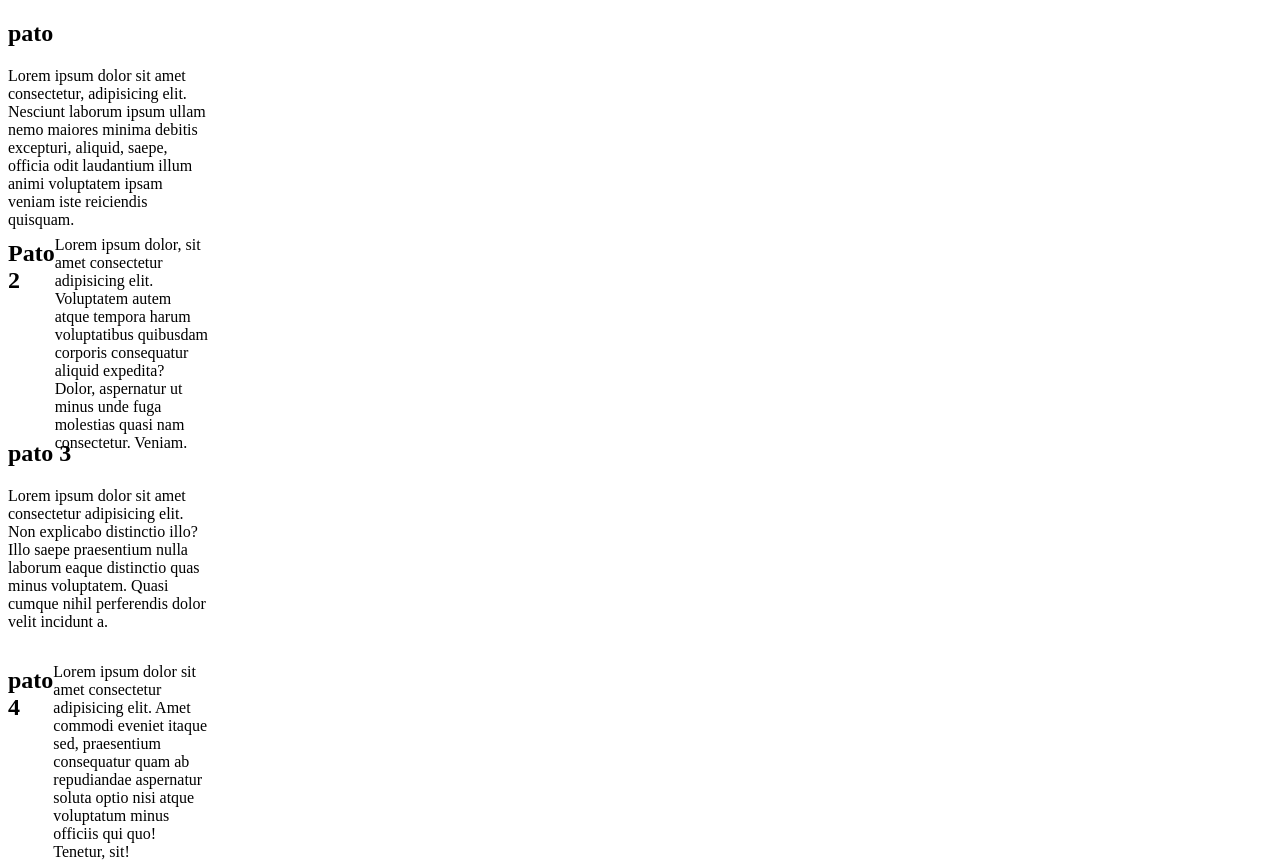
Repository: viviij/Fun-es-Simples-JavaScript
Page: index.html
An editor plug-in stored every save of this project. The page is shown before and after the next save, followed by the edit.
The browser window is 1280 px wide. The pictures show the whole page.

Above is the page before, as saved 2022-08-25 20:37:28.

After the next save:
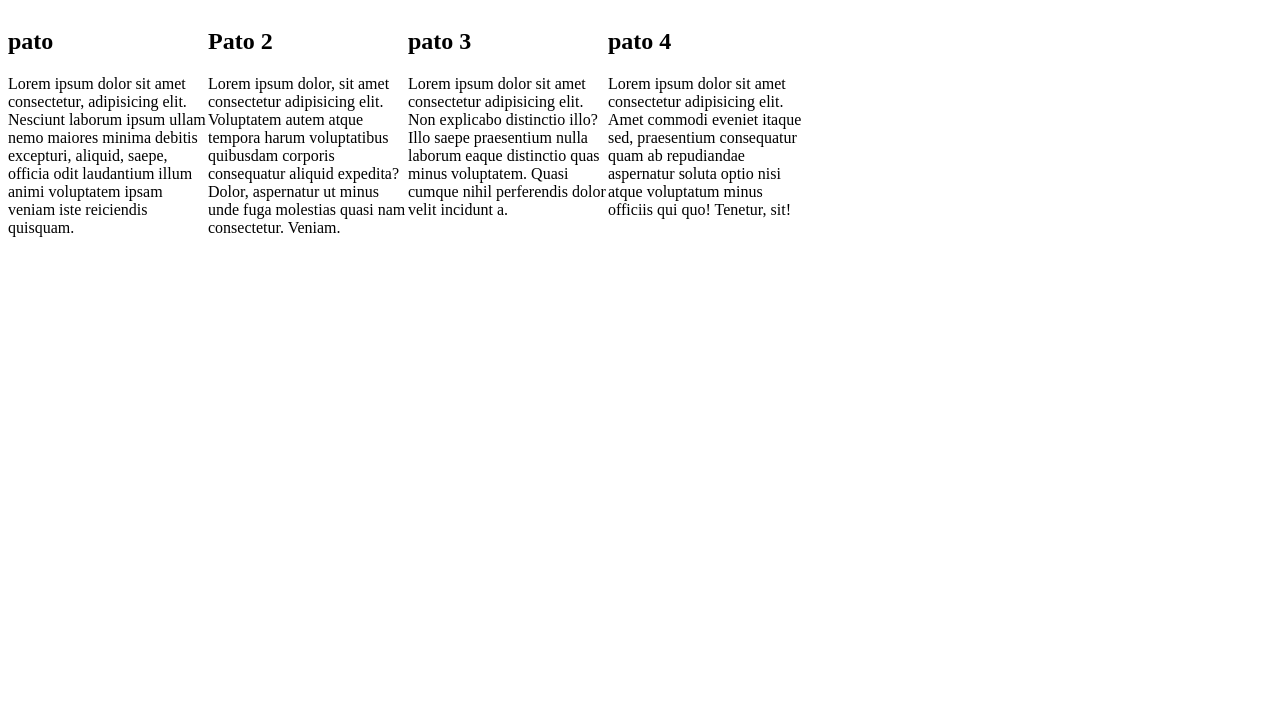
Saved 87 s later.
--- a/styles.css
+++ b/styles.css
@@ -2,6 +2,7 @@
   margin: 0;
   padding: 0;
   box-sizing: border-box;
+  display: flex;
 }
 
 .container section {
@@ -10,6 +11,4 @@
 }
 
 .container .questao_2,
-.questao_4 {
-  display: flex;
-}
+.questao_4 {}

After the 4 saves that followed:
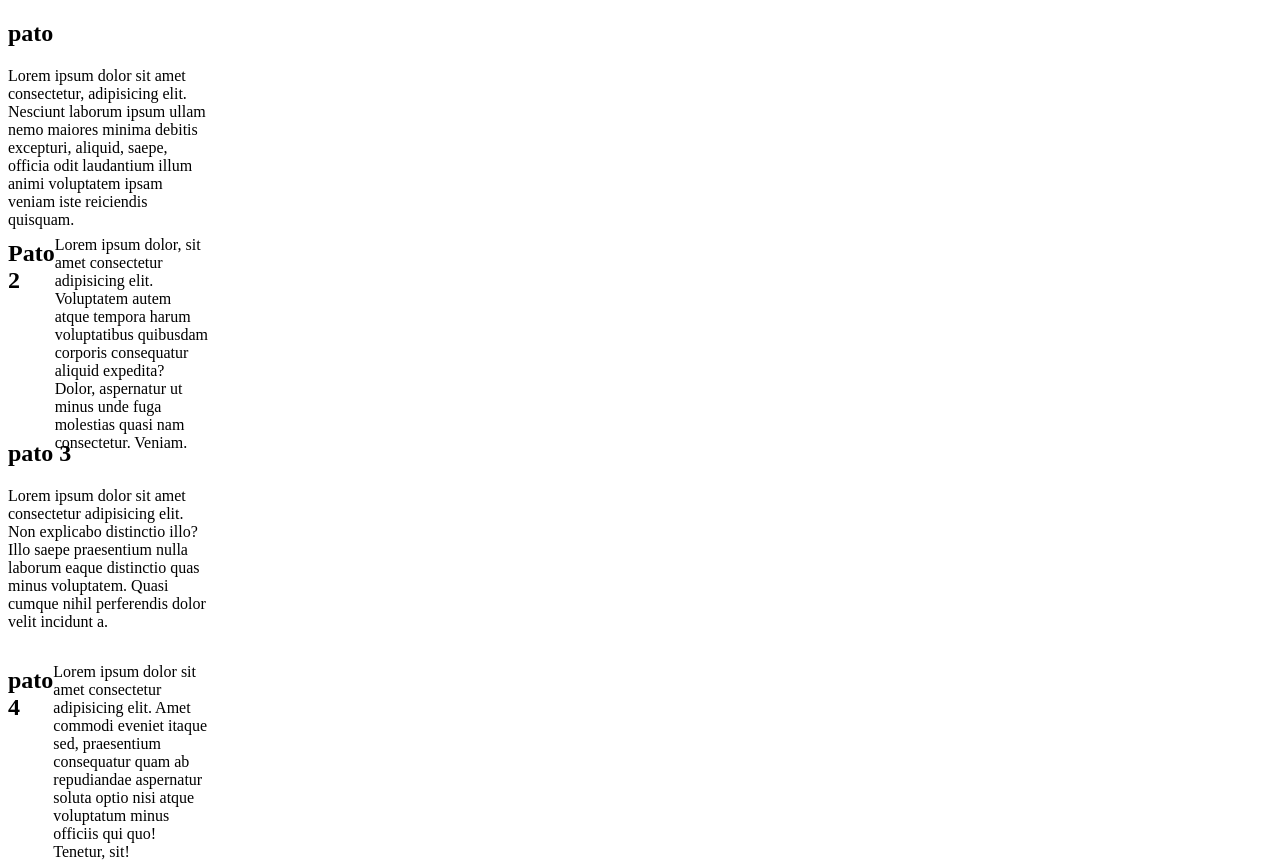
The 4 saves are shown as one change because 3 left the picture as it was.
The last was saved 3 min 26 s later.
--- a/index.html
+++ b/index.html
@@ -14,20 +14,24 @@
         <p>Lorem ipsum dolor sit amet consectetur, adipisicing elit. Nesciunt laborum ipsum ullam nemo maiores minima debitis excepturi, aliquid, saepe, officia odit laudantium illum animi voluptatem ipsam veniam iste reiciendis quisquam.</p>
       </section>
 
-      <section class="questao_2">
-        <h1>Pato 2</h1>
-        <p>Lorem ipsum dolor, sit amet consectetur adipisicing elit. Voluptatem autem atque tempora harum voluptatibus quibusdam corporis consequatur aliquid expedita? Dolor, aspernatur ut minus unde fuga molestias quasi nam consectetur. Veniam.</p>
-      </section>
+      <div class="containerAlinhamento">
+        <section class="questao_2">
+          <h1>Pato 2</h1>
+          <p>Lorem ipsum dolor, sit amet consectetur adipisicing elit. Voluptatem autem atque tempora harum voluptatibus quibusdam corporis consequatur aliquid expedita? Dolor, aspernatur ut minus unde fuga molestias quasi nam consectetur. Veniam.</p>
+        </section>
+      </div>
 
       <section class="questao_3">
         <h1>pato 3</h1>
         <p>Lorem ipsum dolor sit amet consectetur adipisicing elit. Non explicabo distinctio illo? Illo saepe praesentium nulla laborum eaque distinctio quas minus voluptatem. Quasi cumque nihil perferendis dolor velit incidunt a.</p>
       </section>
 
-      <section class="questao_4">
-        <h1>pato 4</h1>
-        <p>Lorem ipsum dolor sit amet consectetur adipisicing elit. Amet commodi eveniet itaque sed, praesentium consequatur quam ab repudiandae aspernatur soluta optio nisi atque voluptatum minus officiis qui quo! Tenetur, sit!</p>
-      </section>
+      <div class="containerAlinhamento">
+        <section class="questao_4">
+          <h1>pato 4</h1>
+          <p>Lorem ipsum dolor sit amet consectetur adipisicing elit. Amet commodi eveniet itaque sed, praesentium consequatur quam ab repudiandae aspernatur soluta optio nisi atque voluptatum minus officiis qui quo! Tenetur, sit!</p>
+        </section>
+      </div>
     </div>
     <script src="Prova_Segunda_Etapa_C3C.js"></script>
   </body>
--- a/styles.css
+++ b/styles.css
@@ -2,7 +2,6 @@
   margin: 0;
   padding: 0;
   box-sizing: border-box;
-  display: flex;
 }
 
 .container section {
@@ -11,4 +10,6 @@
 }
 
 .container .questao_2,
-.questao_4 {}
+.questao_4 {
+  display: flex;
+}
